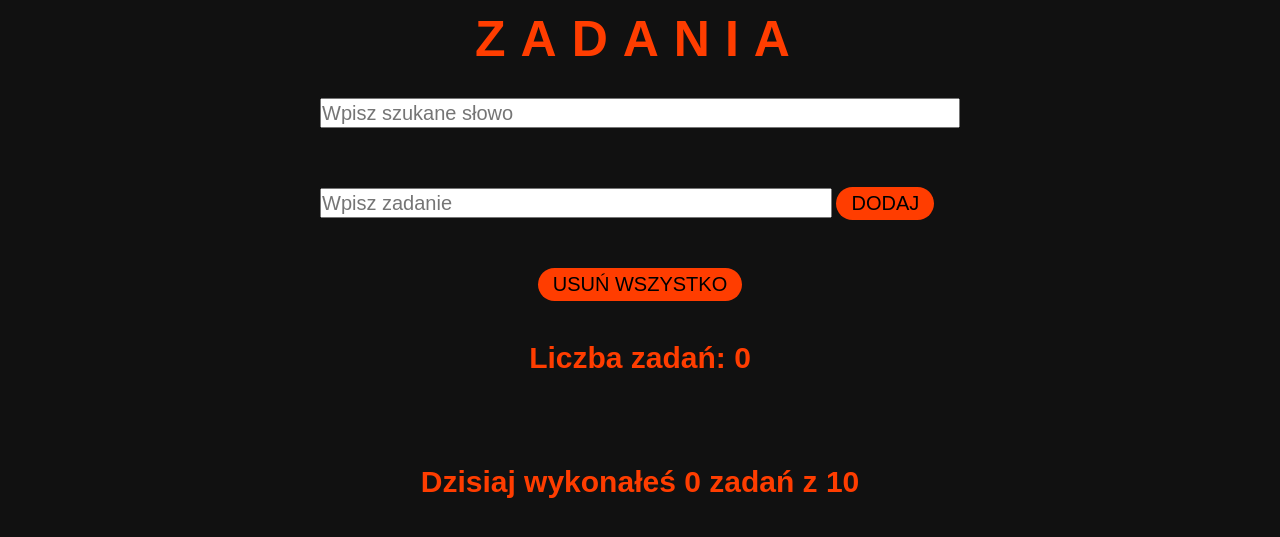
Repository: RobertDsr/To-Do-List
Page: index.html
The author's editor kept a copy of each file at every save. The page is drawn from the files as they stood at one save, then again after a run of saves.
The browser window is 1280 px wide. The pictures show the whole page.
The style sheet was rebuilt from its Sass, Less or Tailwind sources for each picture, by a compiler version that may differ from the author's.

Above is the page before, as saved 2022-01-14 14:01:59.

### index.html
<!DOCTYPE html>
<html lang="en">

<head>
    <meta charset="UTF-8">
    <meta http-equiv="X-UA-Compatible" content="IE=edge">
    <meta name="viewport" content="width=device-width, initial-scale=1.0">
    <title>To Do List</title>
    <link rel="stylesheet" href="css/style.min.css">
</head>

<body>
    <section class="main-wrapper">
        <h1 class="title">ZADANIA</h1>
        <input class="search" type="text" placeholder="Wpisz szukane słowo">
        <form class="add-task" action="">
            <input class="add-task__input" type="text" placeholder="Wpisz zadanie">
            <button class="btn btn--small">DODAJ</button>
        </form>
        <button class="btn btn--large">USUŃ WSZYSTKO</button>
        <h2 class="title-count-task">Liczba zadań: <span class="count-task">0</span></h2>
            <ul class="list">

            </ul>
        <h2 class="title-count-task">Dzisiaj wykonałeś <span class="count-task">0</span> zadań z <span
                class="count-task">10</span></h2>
    </section>

    <script src="/js/main.js"></script>
</body>

</html>

### js/main.js

const toDoList = [];

const input = document.querySelector('.search');
const ul = document.querySelector('.list');
const liElements = document.getElementsByClassName('list__item');
const form = document.querySelector('.add-task');
const taskNumber = document.querySelector('.count-task');
const inputAddTask = document.querySelector('.add-task__input');
const li = document.querySelectorAll('.list__item');

// Wyszukiwarka
const searchTask = (e) => {
    const searchTekst = e.target.value.toLowerCase();
    let tasks = [...liElements];
    tasks = tasks.filter(li => li.textContent.toLowerCase().includes(searchTekst));
    ul.textContent = "";
    tasks.forEach(li => ul.appendChild(li));
}

input.addEventListener('input', searchTask);

// Usuwanie elementów z listy
const removeTask = (e) => {
    e.target.parentNode.remove();
    const index = e.target.parentNode.dataset.key;
    // console.log(index);
    // document.querySelector(`li[data-key="${index}"]`).remove();
    // document.querySelector(`button[data-key="${index}"]`).remove();

    toDoList.splice(index, 1);

    renderList();

    taskNumber.textContent = liElements.length;
}




// Dodawanie elementów listy

const addTask = (e) => {
    e.preventDefault();
    const titleTask = inputAddTask.value;
    if(titleTask === "") return;
    const taskElements = document.createElement('li');
    taskElements.className = 'list__item';
    taskElements.innerHTML = titleTask + '<button class="btn btn--medium">WYKONANE</button>';
    toDoList.push(taskElements);
    ul.textContent = "";
    renderList();
    ul.appendChild(taskElements);

    inputAddTask.value = "";

    taskNumber.textContent = liElements.length;

    taskElements.querySelector('.btn--medium ').addEventListener('click', removeTask);
}

const renderList = () => {
    toDoList.forEach(( toDoElement, key) => {
        toDoElement.dataset.key = key;
        ul.appendChild(toDoElement);
    })
}

form.addEventListener('submit', addTask);

### sass/style.scss
@import "variables";
@import "reset";
@import "base";
@import "main";

### sass/_variables.scss
:root {
    --bg-main-color: rgb(17, 17, 17);
    --font-main-color: rgb(255, 61, 0);
    --btn-bg-color: rgb(255, 61, 0);
}

### sass/_base.scss
body {
    background-color: var(--bg-main-color);
    font-family: Arial, Helvetica, sans-serif;
    color: var(--font-main-color);
}

button {
    background-color: var(--btn-bg-color);
    border: none;
    margin-left: 0;
    padding: 5px 15px;
    border-radius: 2em;
    font-size: 20px;
    cursor: pointer;
}

### sass/_main.scss
.main-wrapper {
    display: flex;
    flex-direction: column;
}

.title {
    margin: 10px;
    text-align: center;
    font-size: 50px;
    letter-spacing: 0.3em;
}

.search {
    margin: 20px auto;
    min-height: 30px;
    min-width: 50%;
    font-size: 20px;
}

.add-task {
    margin: 20px auto;
    min-width: 50%;
}

.add-task__input {
    margin: 20px auto;
    min-height: 30px;
    min-width: 80%;
    font-size: 20px;
}

.btn--large {
    margin: 10px auto;
}

.title-count-task {
    margin: 30px 30px 60px;
    text-align: center;
    font-size: 30px;
}

.list {
    display: flex;
    flex-wrap: wrap;
}

.list__item {
    flex-basis: 80%;
    font-size: 20px;
    margin: 10px;
    padding: 10px;
    border: 1px solid ;
}

Loaded but not shown: sass/_reset.scss (common file)

After the next 3 saves:
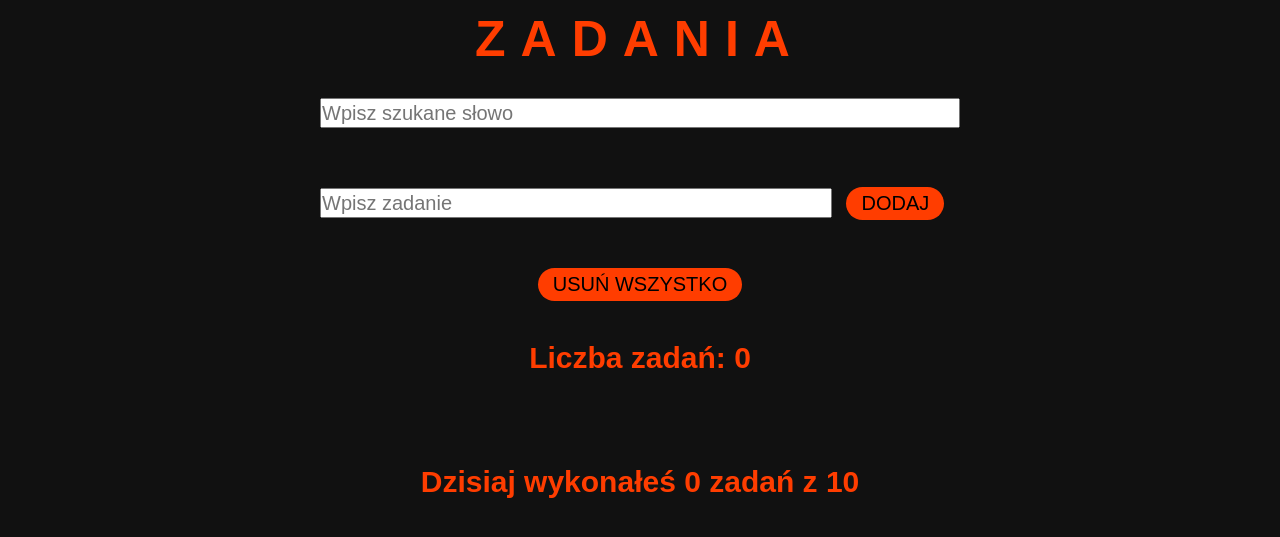
The 3 saves are shown as one change because they came seconds apart.
The last was saved 62 s later.
--- a/sass/_base.scss
+++ b/sass/_base.scss
@@ -7,7 +7,7 @@ body {
 button {
     background-color: var(--btn-bg-color);
     border: none;
-    margin-left: 0;
+    margin: 10px;
     padding: 5px 15px;
     border-radius: 2em;
     font-size: 20px;
